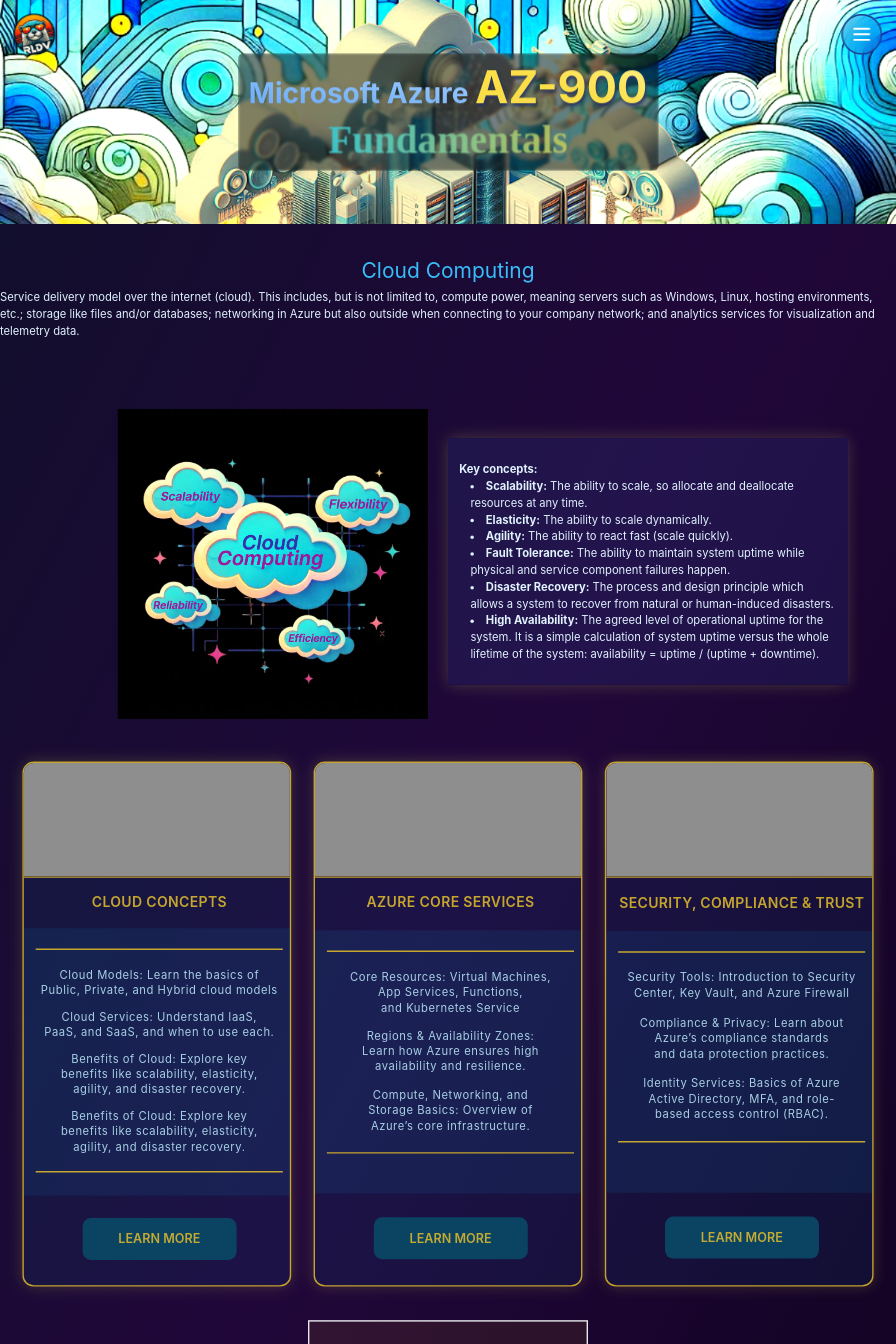
Repository: Freezler/az-900_svelte5
Page: /
The author's editor kept a copy of each file at every save. The page is drawn from the files as they stood at one save, then again after the next save.
The browser window is 1280 px wide. The pictures show the part of the page from y = 0 to 1920 px (the page is 2566 px tall before and 2710 px after), at 70% of full size.
Pictures or frames that could not be fetched are drawn as grey boxes. The project was rebuilt for these pictures with package versions that can differ from the ones it lists, and the page was loaded fresh each time. The framework's server and built-in components were replaced by stand-ins that run in the browser. Also part of the build but not shown: vite.config.ts.

Above is the page before, as saved 2024-11-10 10:49:56.

### src/app.html
<!doctype html>
<html lang="en">
	<head>
		<meta charset="utf-8" />
		<link rel="icon" href="%sveltekit.assets%/favicon.png" />
		<meta name="viewport" content="width=device-width, initial-scale=1" />
		%sveltekit.head%
	</head>
	<body data-sveltekit-preload-data="hover" >
		<div style="display: contents">%sveltekit.body%</div>
	</body>
</html>

### src/routes/+layout.svelte
<script lang="ts">
	import '../app.css';
	let { children } = $props();

</script>

<div class="bg-gradient-to-br from-[#0d0c28fc] via-[#1b0135f9] to-[#10021e] bg-cover bg-center bg-no-repeat ">{@render children()}</div>

### src/routes/+page.svelte
<script lang="ts">
	import ComputingArticle from '../components/ComputingArticle.svelte';

	import Toggle from '../components/Toggle.svelte';
	import Header from '../components/Header.svelte';
	import Popover from '../components/Menu.svelte';
	import Cards from '../components/Cards.svelte';
	import Login from '../components/Login.svelte';
</script>

<header class="">
	<Popover />
	<Header />
</header>
<main>
	<section>
		<ComputingArticle />
		<Cards />
	</section>
	<aside><Toggle /></aside>
	<footer><Login /></footer>
</main>

### src/app.css
@tailwind base;
@tailwind components;
@tailwind utilities;

:root {
  --text-color  : rgba(244, 205, 48, 0.888);
  --bg-color    : hsla(217, 87%, 3%, 0.298);
  --bg-color2   : hsla(299, 91%, 31%, 0.974);
  --bg-gradient : 135deg, rgba(237, 249, 10, .7) 0%, rgba(216, 204, 37, 0.7) 35%, rgba(0, 212, 255, 0.7) 100%;
  --bg-gradient2: 90deg, rgba(216, 204, 37, 0.5) 0%, rgba(0, 212, 255, 0.5) 70%;
}

* {
  margin     : 0;
  padding    : 0;
  box-sizing : border-box;
  user-select: none;
  /* outline : 1px dotted red; */
}

body {
  font-family: 'Inter', sans-serif;


}

### src/components/ComputingArticle.svelte
<div class="grid items-center justify-center gap-2 place-self-center text-sky-100 w-[] pt-12">
	<h2 class="text-3xl text-center text-sky-400">Cloud Computing</h2>
	<p>
		Service delivery model over the internet (cloud). This includes, but is not limited to, compute
		power, meaning servers such as Windows, Linux, hosting environments, etc.; storage like files
		and/or databases; networking in Azure but also outside when connecting to your company network;
		and analytics services for visualization and telemetry data.
	</p>
</div>

<section class="grid items-center grid-cols-1 lg:grid-cols-2 justify-center place-items-center place-self-center place-content-center gap-0	z-10 text-start">
	<img
		src="../public/images/cloud.png"
		alt="cloudSolutions"
		loading="lazy"

		class=" text-sky-100 w-full md:w-[572px]  mx-auto rounded-xl p-0 m-0"
	/>
	<article
		class=" bg-blue-500/10  text-sky-100 px-4 py-8 w-[572px] mt-16 prounded-xl shadow-[0_0px_22px_rgba(255,255,99,0.2)]"
	>
		<p><strong>Key concepts:</strong></p>
		<ul class="list-inside list-disc pl-4">
			<li>
				<strong>Scalability:</strong> The ability to scale, so allocate and deallocate resources at any
				time.
			</li>
			<li><strong>Elasticity:</strong> The ability to scale dynamically.</li>
			<li><strong>Agility:</strong> The ability to react fast (scale quickly).</li>
			<li>
				<strong>Fault Tolerance:</strong> The ability to maintain system uptime while physical and service
				component failures happen.
			</li>
			<li>
				<strong>Disaster Recovery:</strong> The process and design principle which allows a system to
				recover from natural or human-induced disasters.
			</li>
			<li>
				<strong>High Availability:</strong> The agreed level of operational uptime for the system. It
				is a simple calculation of system uptime versus the whole lifetime of the system: availability
				= uptime / (uptime + downtime).
			</li>
		</ul>
	</article>
</section>

### src/components/Toggle.svelte
<script lang="ts">

	let name = $state('Randy');
	let status: 'DARK' | 'LIGHT' = $state('DARK');
	let full_name = $derived(name + ' ' + 'de vries');

	function toggle() {
		status = status === 'DARK' ? 'LIGHT' : 'DARK';
	}

	function onclick() {
		status = status === 'DARK' ? 'LIGHT' : 'DARK';
		window.document.body.classList.toggle('dark-mode')
	}
</script>

<div class="max-w-[400px] mx-auto grid place-items-center items-center justify-center gap-2 border-2 p-4  py-8 my-4 bg-yellow-600/10">
		<p class="text-2xl font-serif text-white ">
			set theme: <span class="font-sans {status === 'LIGHT' ? 'text-gray-200' : 'text-red-900'}">{status}</span>
		</p>

		<!-- <button on:click={toggle}>toggle status</button> -->
		<button
			class=" w-[176px] rounded bg-blue-500 px-4 py-2 font-bold text-white hover:bg-blue-700 active:scale-[.98]"
			type="button"
			onclick={toggle}>Toggle theme</button
		>
	</div>

### src/components/Header.svelte
<script lang="ts">
	// Declare props
	let { name = 'AZ-900' } = $props();

	// Local state for the surname
	let surname = $state('Fundamentals');

	// Derived state for the full name
	let full_name = $derived(`${name} ${surname}`);
</script>

<div
	class="max-w-[100svw] z-100 mx-auto grid h-80 place-content-center place-items-center items-center justify-center bg-[url('/public/images/headImage.png')] bg-cover bg-top"
>
	<div class="grid backdrop-blur-[2px] px-4 rounded-lg backdrop-brightness-[.50] pb-4">
		<h1
			class="shadow-[rgba(7, 25, 224, 0.9)] drop bg-clip-text text-center text-[clamp(1rem,5vw,2.5rem)] font-bold text-transparent bg-gradient-to-tr from-blue-400 via-blue-300 to-blue-700  drop-shadow-[-2px_2px_2px_rgba(137, 25, 224, 0.9)]"
		>
			Microsoft Azure <span
				class="bg-gradient-to-tr from-yellow-300 via-yellow-300 to-yellow-200 bg-clip-text text-[clamp(2.8rem,5vw,8.5rem)] font-bold text-transparent drop-shadow-[2px_4px_2px_rgba(36,50,100,0.9)]"
				>{name}</span
			>
		</h1>
		<h3
			class="bg-clip-text text-6xl text-center text-[clamp(1rem,5vw,3.5rem)] font-[700] font-[montserrat] bg-gradient-to-r from-[hsl(192,88%,51%)] via-[--hsl(192,88%,71%)] to-[--text-color]  pb- text-transparent drop-shadow-[2px_4px_32px_rgba(6,100,150,0.9)] backdrop-brightness-[.90] "
		>
			{surname}
		</h3>
	</div>
</div>

### src/components/Menu.svelte
<script lang="ts">
	import { cubicInOut } from 'svelte/easing';
	import { fly } from 'svelte/transition';
	let showMenu: boolean = $state(false);


</script>

	<!-- Your existing code -->

<img
	src="/public/images/Design 2.png"
	alt="Ran form Logo"
	class="fixed left-[16px] top-[16px] w-[64px] rounded-full z-[200]"
/>
<button
	onclick={() => (showMenu = !showMenu)}
	class="fixed right-[20px] top-[20px] flex  h-[58px] w-[58px] items-center justify-center rounded-full bg-blue-600/20 backdrop-blur text-white border-2 border-blue-900"
>
	<svg
		xmlns="http://www.w3.org/2000/svg"
		class="h-8 w-8"
		fill="none"
		viewBox="0 0 24 24"
		stroke="currentColor"
	>
		{#if showMenu}
			<path
				stroke-linecap="round"
				stroke-linejoin="round"
				stroke-width="2"
				d="M6 18L18 6M6 6l12 12"
			/>
		{:else}
			<path
				stroke-linecap="round"
				stroke-linejoin="round"
				stroke-width="2"
				d="M4 6h16M4 12h16M4 18h16"
			/>
		{/if}
	</svg>
</button>

{#if showMenu}
	<ul
		class="items-center justify-center fixed bottom-0 right-0 z-100 grid h-[50vh] w-[100vw] border-t border-blue-900 place-content-center bg-blue-600/20 backdrop-blur text-white uppercase text-center text-xl z-[200]"
		transition:fly={{ y: 100, duration: 420, easing: cubicInOut }}
	>
		<li class="px-2 py-4 w-[80vw] underline underline-offset-4 transition-colors ease-linear duration-400 hover:bg-blue-600/20 rounded-t-lg  bg-blue-200/30">
			<a href="/">Home</a>
		</li>
		<li class=" px-2 py-4 transition-colors hover:underline underline-offset-4  ease-linear duration-400 hover:bg-blue-600/20  bg-blue-200/30">
			<a href="/concepts">Concepts</a>
		</li>
		<li class=" px-2 py-4 transition-colors hover:underline underline-offset-4 ease-linear duration-400 hover:bg-blue-600/20  bg-blue-200/30">
			<a href="/security">Security</a>
		</li>
		<li class="px-2 py-4 transition-colors  hover:underline underline-offset-4 ease-linear duration-400 hover:bg-blue-600/20 rounded-b-lg  bg-blue-200/30">
			<a href="/services">Services</a>
		</li>
	</ul>
{/if}

### src/components/Cards.svelte
<script>
	import { goto } from '$app/navigation';
	// Define your plans as an array of objects
	const concepts = [
		{
			url: 'concepts',
			image:
				'https://learn.microsoft.com/training/achievements/microsoft-azure-fundamentals-describe-cloud-concepts-social.png',
			name: 'Cloud Concepts',
			features: [
				'Cloud Models: Learn the basics of Public, Private, and Hybrid cloud models',
				'Cloud Services: Understand IaaS, PaaS, and SaaS, and when to use each.',
				'Benefits of Cloud: Explore key benefits like scalability, elasticity, agility, and disaster recovery.',
				'Benefits of Cloud: Explore key benefits like scalability, elasticity, agility, and disaster recovery.'

			]
		},
		{
			url: 'services',
			image:
				'https://images.unsplash.com/photo-1667372459510-55b5e2087cd0?q=80&w=1932&auto=format&fit=crop&ixlib=rb-4.0.3&ixid=M3wxMjA3fDB8MHxwaG90by1wYWdlfHx8fGVufDB8fHx8fA%3D%3D',
			name: 'Azure Core Services',
			features: [
				'Core Resources: Virtual Machines, App Services, Functions, and Kubernetes Service',
				'Regions & Availability Zones: Learn how Azure ensures high availability and resilience.',
				'Compute, Networking, and Storage Basics: Overview of Azure’s core infrastructure.'
			]
		},
		{
			url: 'security',
			image:
				'https://plus.unsplash.com/premium_photo-1700830452756-1a3f4314e564?q=80&w=1674&auto=format&fit=crop&ixlib=rb-4.0.3&ixid=M3wxMjA3fDB8MHxwaG90by1wYWdlfHx8fGVufDB8fHx8fA%3D%3D',
			name: 'Security, Compliance & Trust',
			features: [
				'Security Tools: Introduction to Security Center, Key Vault, and Azure Firewall',
				'Compliance & Privacy: Learn about Azure’s compliance standards and data protection practices.',
				'Identity Services: Basics of Azure Active Directory, MFA, and role-based access control (RBAC).'
			]
		}
	];
</script>

<section
	class="z-10 grid grid-rows-1 gap-8 py-8 md:grid-cols-2 md:gap-8 md:px-8 xl:grid-cols-3"
>
	{#each concepts as concept}
		<div
			class=" pt-1  grid grid-rows-[148px_64px_auto_auto] place-items-center overflow-hidden rounded-2xl border-2 border-[--text-color] bg-sky-600/10 pb-9 shadow-[0_0px_22px_rgba(255,255,99,0.2)] brightness-90 transition duration-700 hover:scale-[1.001] hover:border-[hsla(184,69%,60%,1)] hover:shadow-[2px_6px_12px_rgba(22,125,22,0.9)]"
		>
			<img
				src={concept.image}
				class=" z-10 h-[172px] pt-2  w-full border-b-2 border-[--text-color] object-cover object-center hover:border-[hsla(184,69%,60%,1)]"
				loading="lazy"
				alt="concept"
			/>
			<div class="row-span-2 grid grid-cols-subgrid place-items-center items-center justify-center">
				<h2 class="] mt-[28px] text-xl font-semibold uppercase tracking-wide text-[--text-color]">
					{concept.name}
				</h2>
			</div>

			<div
				class=" row-span-12 my-5 w-full grid grid-rows-subgrid place-items-start items-start gap-4 text-pretty border border-transparent bg-sky-500/10 px-4 pt-7 pb-6 text-center"
			>
				{#each concept.features as feature}
					<h3
						class="border-b-1 mx-auto  grid w-[35ch]  grid-rows-subgrid text-balance border-[--text-color] px-0 text-[14px] font-normal leading-snug tracking-wider text-sky-200 py-0 first:border-t-2 first:pt-6 last:pb-6 last:border-b-2 lg:text-[16px] border-s-fuchsia-400 ">
						{feature}
					</h3>
				{/each}
			</div>
			<button
				type="button"
				class="mx-auto mt-3 w-[220px] grid-cols-subgrid rounded-xl border-[2px_solid_var(--text-color)] bg-sky-900 px-8 py-4 text-base font-semibold uppercase text-[--text-color] transition duration-[420ms] hover:bg-sky-500 hover:text-white hover:shadow-[2px_2px_22px_rgb(65,183,255,0.9)] md:text-lg lg:text-lg"
				><a href="/{concept.url}">Learn more</a></button
			>
		</div>
	{/each}
</section>

### src/components/Login.svelte
<script>
	import { onMount } from 'svelte';
	let user = $state('Stranger');
	/**
	 * @param {any} response
	 */
	function googleLoginEndpoint(response) {
	  console.log('Google login successful:', response);
	}

	// onMount(() => {
	//   const script = document.createElement("script");
	//   script.src = "https://accounts.google.com/gsi/client";
	//   script.async = true;
	//   script.defer = true;
	//   document.head.appendChild(script);
	// });
</script>

<div class="relative flex min-h-[60vh] items-center justify-center py-16 ">
	<div class="flex w-full max-w-4xl flex-col overflow-hidden rounded-lg shadow-lg md:flex-row">
		<!-- Left side: Logo and Welcome message -->
		<div
			class="flex flex-col items-center justify-center bg-[url('/public/images/headImage.png')] bg-cover bg-center object-cover p-14 text-white md:w-1/2 "
		>
			<img
				src="/public/images/Design 2.png"
				alt="Ran form Logo"
				class="mb-4 h-40 w-40 rounded-full"
			/>
			<h2 class="text-2xl font-semibold p-2 rounded-xl bg-slate-600/50  ">Good Evening {user}!</h2>
			<p class="mt-2 text-center text-lg rounded-xl bg-slate-600/50  p-2 ">Log in to your account!</p>
		</div>

		<!-- Right side: Login Form -->
		<div
			class="flex flex-col items-center justify-center  h-[50vh] bg-blue-600/40 backdrop-blur pt-8 "
		>
			<!-- Google Login Button -->
			<div
				id="g_id_onload"
				data-client_id="YOUR_GOOGLE_CLIENT_ID"
				data-context="signin"
				data-callback="googleLoginEndpoint"
				data-close_on_tap_outside="false"
				data-prompt_parent_id="g_id_onload"
			></div>

			<button
				class="flex w-3/5 items-center justify-center space-x-2 rounded-full border border-gray-300 bg-white py-2 shadow-md hover:bg-gray-50 focus:outline-none"
			>
				<span class="fab fa-google text-gray-500"></span>
				<span class="text-gray-700">Continue with Google</span>
			</button>

			<!-- Divider -->
			<div class="my-4 flex w-full items-center">
				<hr class="flex-grow border-t border-gray-300" />
				<span class="px-3 text-gray-500">OR</span>
				<hr class="flex-grow border-t border-gray-300" />
			</div>

			<!-- Email Login Button -->
			<button
				class="flex w-3/5 items-center justify-center space-x-2 rounded-full border border-gray-300 bg-white py-2 shadow-md hover:bg-gray-50 focus:outline-none"
			>
				<span class="fa fa-user text-gray-500"></span>
				<span class="text-gray-700">Enter Email & Password</span>
			</button>

			<!-- Sign up and Terms Links -->
			<div class=" w-full text-center">
				<p class="text-sm text-red-300">
					Don't have an account? <a href="_blank" class="text-blue-600 hover:underline">Sign up</a>
				</p>
				<p class="mt-0 text-xs text-gray-500 w-[50ch]">
					By continuing, you agree to our <a href="_blank" target="_blank" class="hover:underline"
						>Terms of Service</a
					>
					and
					<a href="_blank" target="_blank" class="hover:underline">Privacy Policy</a>.
				</p>
			</div>
		</div>
	</div>
</div>

### tailwind.config.ts
import aspectRatio from '@tailwindcss/aspect-ratio';
import containerQueries from '@tailwindcss/container-queries';
import forms from '@tailwindcss/forms';
import typography from '@tailwindcss/typography';
// import type { Config } from 'tailwindcss';

export default {
	content: ['./src/**/*.{html,js,svelte,ts}'],


	theme: {
		extend: {
			animation: {



			},

			keyframes: {

			}

		}
	},

	plugins: [typography, forms, containerQueries, aspectRatio]
}

After the next save:
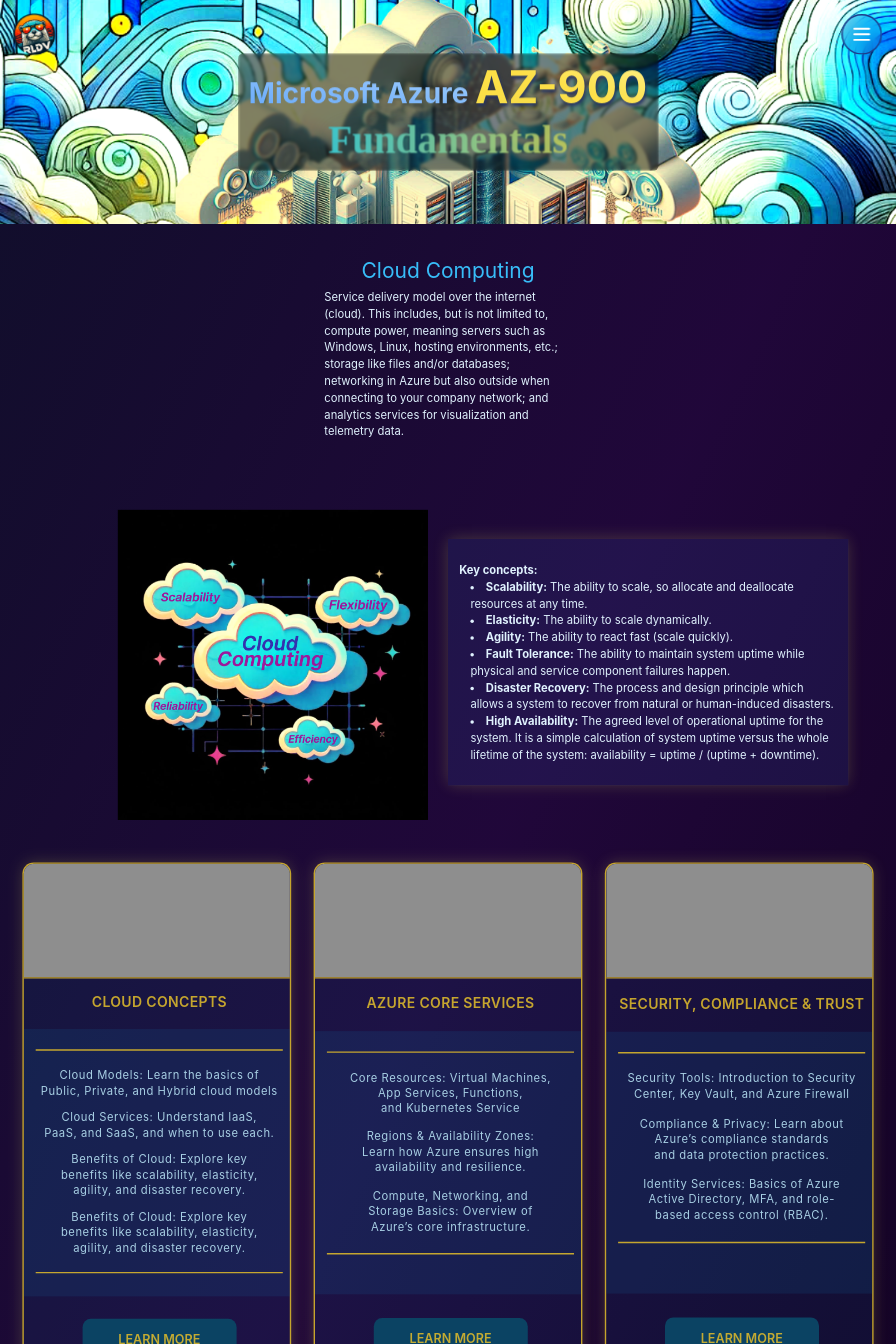
Saved 4 s later.
--- a/src/components/ComputingArticle.svelte
+++ b/src/components/ComputingArticle.svelte
@@ -1,4 +1,4 @@
-<div class="grid items-center justify-center gap-2 place-self-center text-sky-100 w-[] pt-12">
+<div class="grid items-center justify-center gap-2 place-self-center text-sky-100 w-[35ch] pt-12">
 	<h2 class="text-3xl text-center text-sky-400">Cloud Computing</h2>
 	<p>
 		Service delivery model over the internet (cloud). This includes, but is not limited to, compute
